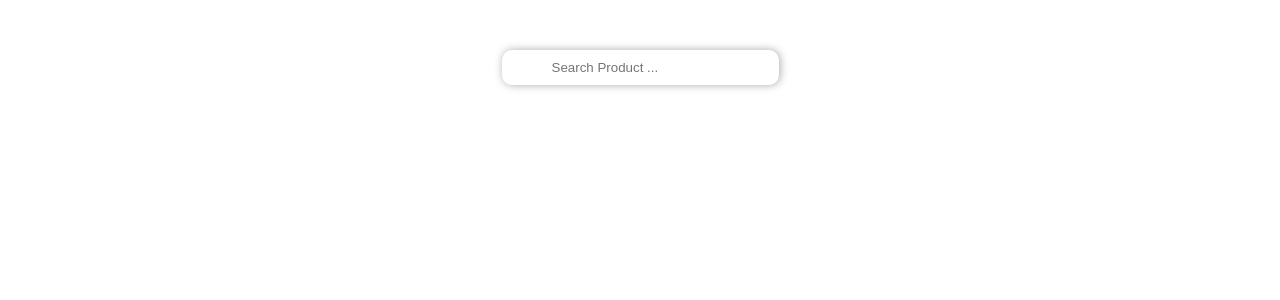
Repository: NegarKaviani/shop
Page: /
These files come from the project's save history. The page is drawn as it stood at one moment and after a run of saves; the edit follows.
The browser window is 1280 px wide. The pictures show the whole page.
The page's requests for data from a server got no answer. The project was rebuilt for these pictures with package versions that can differ from the ones it lists, and the page was loaded fresh each time. No one was signed in, and anything a server would have sent is missing. Also part of the build but not shown: src/App.css, src/components/products.css. Imported but missing from the stored project, and not drawn on this page: src/components/products.csv.

Above is the page before, as saved 2022-03-19 18:21:35.

After the next 5 saves:
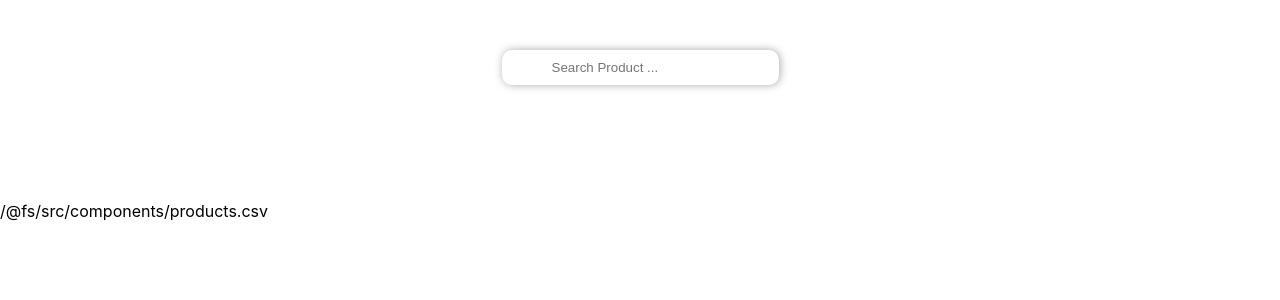
The 5 saves are shown as one change because 4 did not build or start.
The last was saved 3 min 13 s later.
--- a/src/components/products.js
+++ b/src/components/products.js
@@ -7,9 +7,11 @@ function Products (){
     // const [data , setData] = useState([]);
     useEffect(() => {
         csv(data).then(data => {
-            console.log(data.length);
+            console.log(data);
         })
     } , [])
+    const dataLength = data.length;
+    console.log(dataLength);
     return(
 
         <div className='product-box'>
@@ -17,8 +19,7 @@ function Products (){
              <img></img>
             </div>
             <div className='p-title'>
-
-                <p>{ data.title }</p>
+                <p>{ data}</p>
             </div>
         </div>
 
